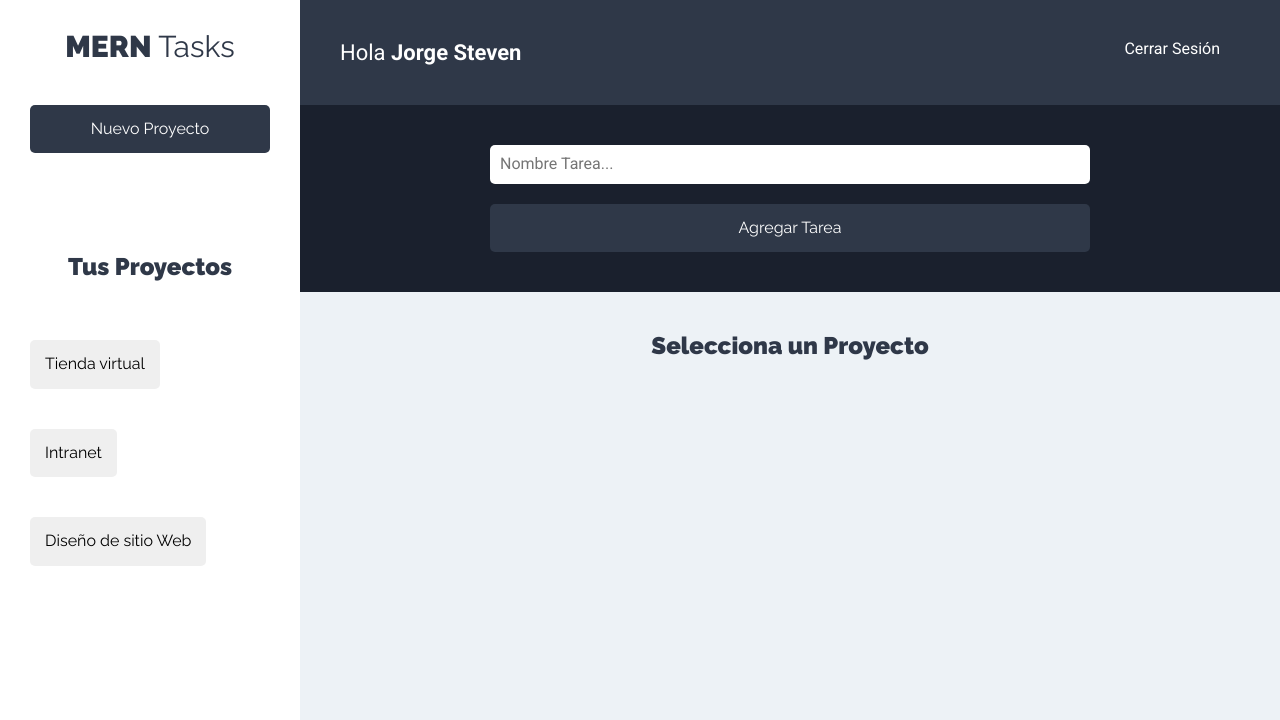
Repository: tive02/MERNTask-cliente
Page: /proyectos
An editor plug-in stored every save of this project. The page is shown before and after the next save, followed by the edit.
The browser window is 1280 px wide. The pictures show the whole page.
The project was rebuilt for these pictures with package versions that can differ from the ones it lists, and the page was loaded fresh each time. Also part of the build but not shown: src/components/auth/Login.js, src/components/auth/NuevaCuenta.js, src/components/tareas/Tarea.js.

Above is the page before, as saved 2021-03-20 21:16:12.

After the next save:
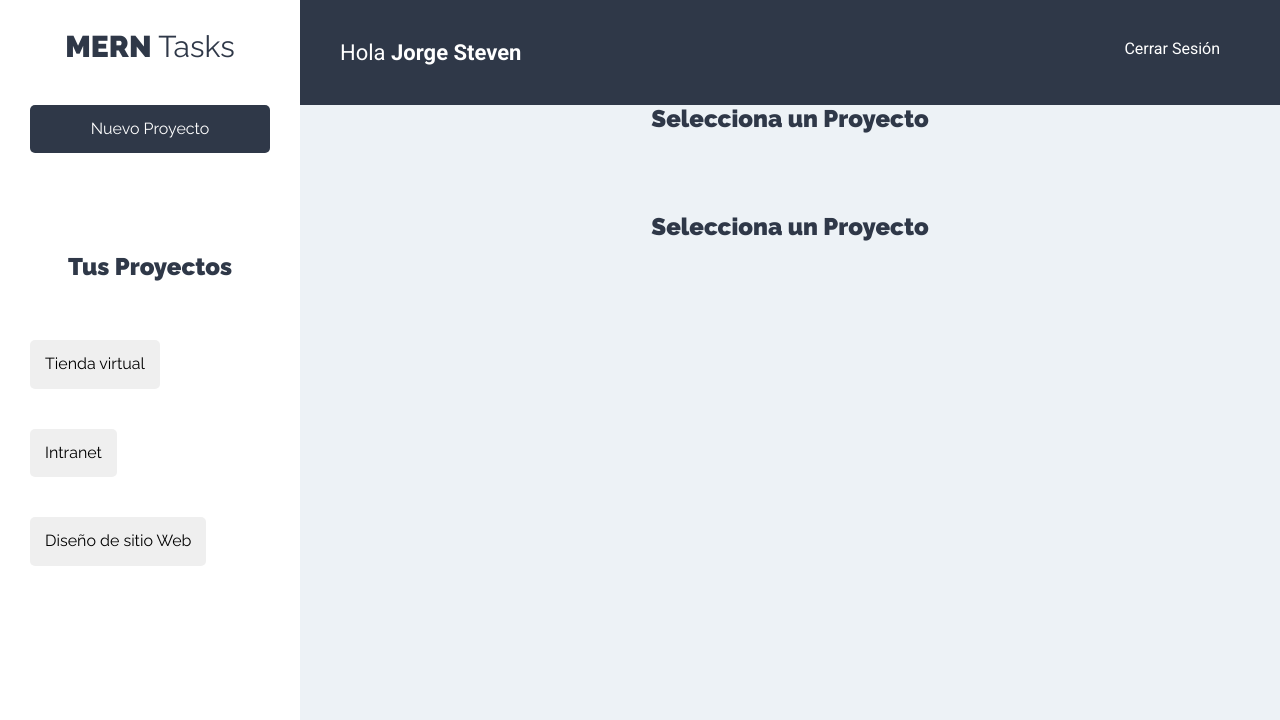
Saved 6 min 31 s later.
--- a/src/components/tareas/FormTarea.js
+++ b/src/components/tareas/FormTarea.js
@@ -1,6 +1,12 @@
-import React from "react";
+import React, { useContext } from "react";
+import proyectoContext from "../../context/proyectos/proyectoContext";
 
 const FormTarea = () => {
+  //Extraer Proyectos del state inicial
+  const proyectosContext = useContext(proyectoContext);
+  const { proyecto } = proyectosContext;
+  //Si no hay un proyecto seleccionado
+  if (!proyecto) return <h2>Selecciona un Proyecto</h2>;
   return (
     <div className="formulario">
       <form>
